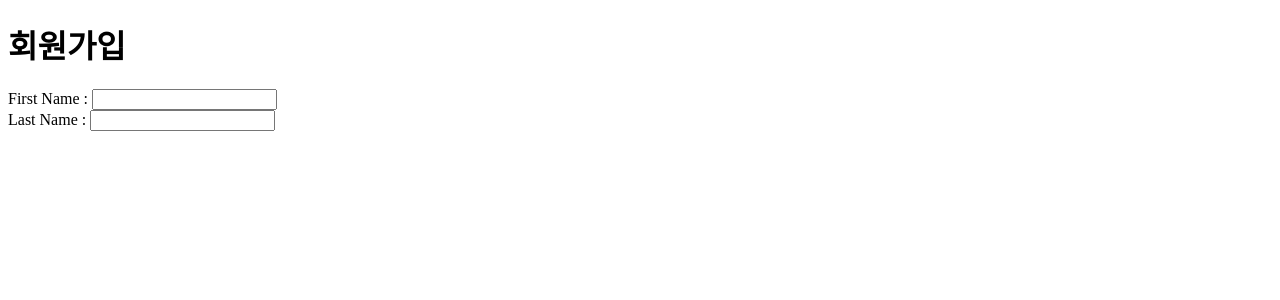
Repository: Pen-nek/spring
Page: http://localhost/simpleMVC/
An editor plug-in stored every save of this project. The page is shown before and after the next save, followed by the edit.
The browser window is 1280 px wide. The pictures show the whole page.
The page is served by Tomcat 9. Other server files are loaded and not shown.

Above is the page before, as saved 2019-09-11 01:31:02.

### simpleMVC/WebContent/index.jsp
<%@ page language="java" contentType="text/html; charset=UTF-8"
    pageEncoding="UTF-8"%>
<!DOCTYPE html>
<html>
<head>
<meta charset="UTF-8">
<title>Home</title>
</head>
<body>
	<h1>회원가입</h1>
	<form method="post" action="controller">
		First Name : <input type=text name="firstname"><br>
		Last Name : <input type=text name="lastname"><br>
	</form>
</body>
</html>

After the next save:
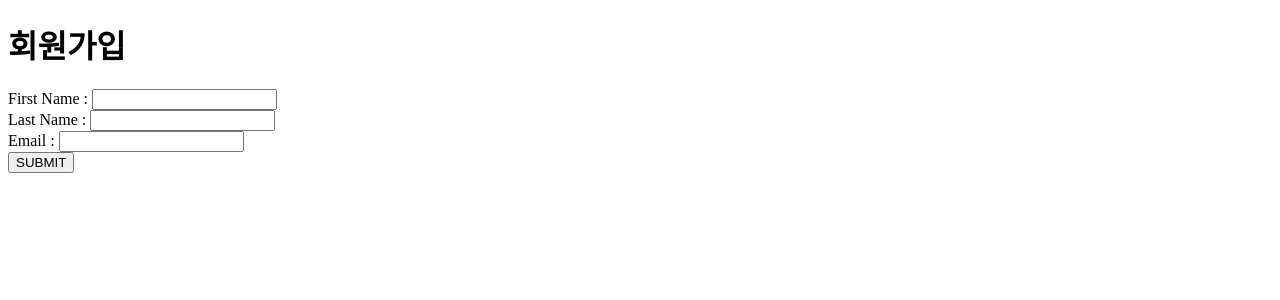
Saved 23 s later.
--- a/simpleMVC/WebContent/index.jsp
+++ b/simpleMVC/WebContent/index.jsp
@@ -11,6 +11,8 @@
 	<form method="post" action="controller">
 		First Name : <input type=text name="firstname"><br>
 		Last Name : <input type=text name="lastname"><br>
+		Email : <input type=text name="email"><br>
+		<input type="submit" value="SUBMIT">
 	</form>
 </body>
 </html>
